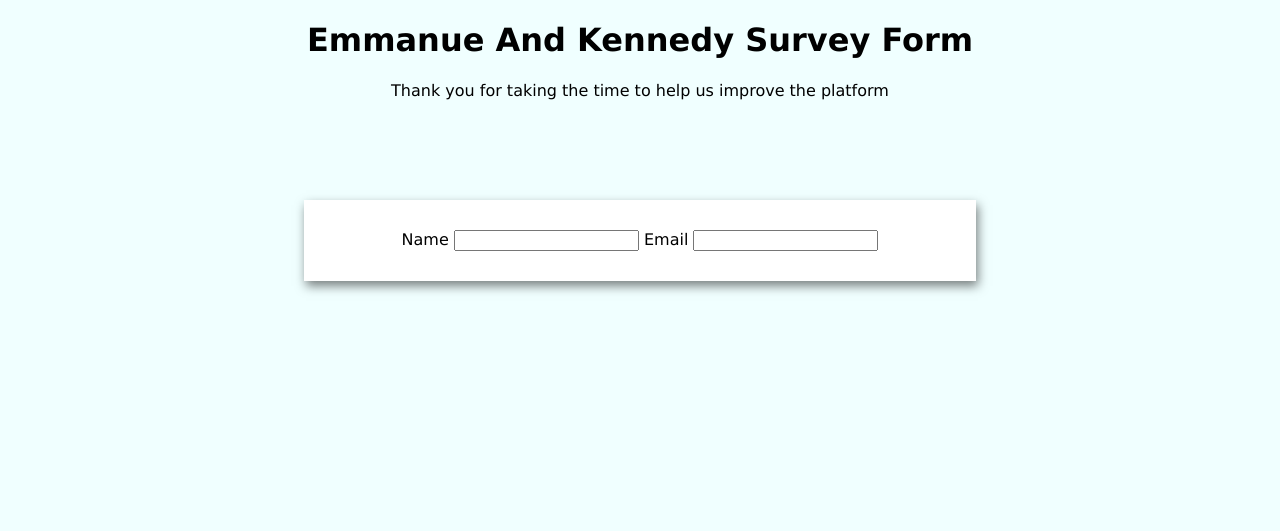
Repository: kennedyowusu/EmmaAndKen
Page: index.html
These files come from the project's save history. The page is drawn as it stood at one moment and after the next save; the edit follows.
The browser window is 1280 px wide. The pictures show the whole page.

Above is the page before, as saved 2022-08-14 11:28:36.

### index.html
<!DOCTYPE html>
<html lang="en">
  <head>
    <meta charset="UTF-8" />
    <title>Fork Me! FCC: Test Suite Template</title>
    <link rel="stylesheet" href="css/style.css" />
  </head>

  <body>
    <script src="https://cdn.freecodecamp.org/testable-projects-fcc/v1/bundle.js"></script>

    <!--
    Hello Camper!
    For now, the test suite only works in Chrome!
    Please read the README below in the JS Editor before beginning.
    Feel free to delete this message once you have read it.
    Good luck and Happy Coding!
    - The freeCodeCamp Team
    -->
    <h1 id="title">Emmanue And Kennedy Survey Form</h1>
    <p id="description">
      Thank you for taking the time to help us improve the platform
    </p>
    <form action="" id="survey-form">
      <label for="">Name </label>
      <input type="text" id="name" required />
      <label for="">Email</label>
      <input type="text" id="email" />
    </form>

    <script src="js/index.js"></script>
  </body>
</html>

### css/style.css
body {
    background-color: azure;
    font-family: Verdana, Geneva, Tahoma, sans-serif;
    text-align: center;
}

.form-main {
    text-align: left;
    margin-bottom: 25px;
    background-color: #05c46b;
    width: 70%;
    margin: auto;
    display: flex;
    flex-direction: column;
    align-items: center;
}

form {
    background-color: #fff;
    max-width: 50%;
    margin: 100px auto;
    padding: 30px 20px;
    box-shadow: 2px 5px 10px rgba(0, 0, 0, 0.5);
}

.form-main label {
    display: block;
    margin-bottom: 10px;
}

.selected {
    display: block;
}

.form-main input,
.form-main select,
.form-main textarea {
    border: 1px solid #777;
    border-radius: 2px;
    font-family: inherit;
    padding: 10px;
    display: block;
    width: 95%;
}

.form-main input[type="radio"],
.form-main input[type="checkbox"] {
    display: inline-block;
    width: auto;
}

button {
    background-color: #05c46b;
    border: 1px solid #777;
    border-radius: 2px;
    font-family: inherit;
    font-size: 21px;
    display: block;
    width: 100%;
    margin-top: 50px;
    margin-bottom: 20px;
}

### js/index.js
// !! IMPORTANT README:

// You may add additional external JS and CSS as needed to complete the project, however the current external resource MUST remain in place for the tests to work. BABEL must also be left in place.

/***********
INSTRUCTIONS:
  - Select the project you would
    like to complete from the dropdown
    menu.
  - Click the "RUN TESTS" button to
    run the tests against the blank
    pen.
  - Click the "TESTS" button to see
    the individual test cases.
    (should all be failing at first)
  - Start coding! As you fulfill each
    test case, you will see them go
    from red to green.
  - As you start to build out your
    project, when tests are failing,
    you should get helpful errors
    along the way!
    ************/

// PLEASE NOTE: Adding global style rules using the * selector, or by adding rules to body {..} or html {..}, or to all elements within body or html, i.e. h1 {..}, has the potential to pollute the test suite's CSS. Try adding: * { color: red }, for a quick example!

// Once you have read the above messages, you can delete all comments.
"use strict";

After the next save:
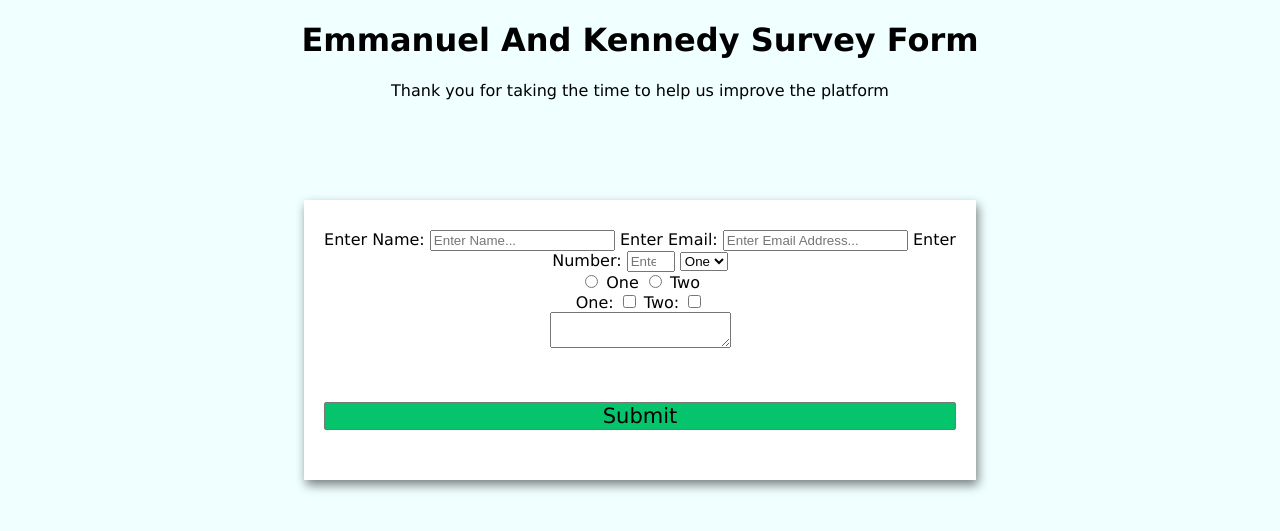
Saved 47 s later.
--- a/index.html
+++ b/index.html
@@ -17,16 +17,66 @@
     Good luck and Happy Coding!
     - The freeCodeCamp Team
     -->
-    <h1 id="title">Emmanue And Kennedy Survey Form</h1>
+
+    <div><h1 id="title">Emmanuel And Kennedy Survey Form</h1>
     <p id="description">
       Thank you for taking the time to help us improve the platform
     </p>
-    <form action="" id="survey-form">
-      <label for="">Name </label>
-      <input type="text" id="name" required />
-      <label for="">Email</label>
-      <input type="text" id="email" />
+
+    <form id="survey-form">
+
+      <label id="name-label"> Enter Name:
+        <input type="text"  id="name" required placeholder="Enter Name..." />
+
+      </label>
+
+      <label id="email-label"> Enter Email:
+        <input type="email" id="email" required placeholder="Enter Email Address..." />
+
+      </label>
+
+      <label id="number-label"> Enter Number:
+        <input type="number" min="0" max="9" id="number" required  placeholder="Enter Your Age..."/>
+
+      </label>
+
+      <select id="dropdown">
+
+        <option>One</option>
+        <option>Two</option>
+
+      </select>
+
+       <div>
+
+          <input type="radio" name="radio" value="1" id="radio1" />
+          <label for="radio1">One</label>
+
+          <input type="radio" name="radio" value="2" id="radio2" />
+          <label for="radio2">Two</label>
+
+       </div>
+
+
+        <div>
+          One: <input type="checkbox" id="checkbox" name="checkbox" value="checked">
+          Two: <input type="checkbox" id="checkbox" name="checkbox" value="checked">
+        </div>
+
+        <textarea>
+
+        </textarea>
+
+        <button id="submit" type="submit">Submit</button>
+
+
     </form>
+    </div>
+
+
+
+
+
 
     <script src="js/index.js"></script>
   </body>
